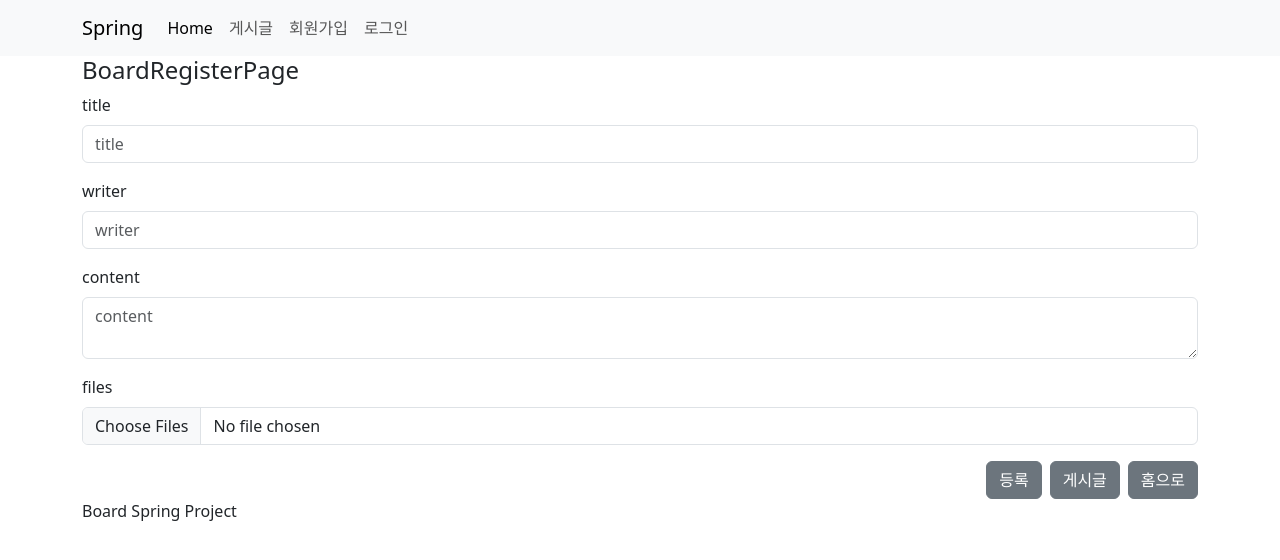
Repository: dasberaht/240430_SPRING_PROJECT
Page: http://localhost/spring_study/WEB-INF/views/board/register.jsp
An editor plug-in stored every save of this project. The page is shown before and after the next save, followed by the edit.
The browser window is 1280 px wide. The pictures show the whole page.
The page is served by Tomcat 9. Nobody is signed in. The template is opened directly, without the code that normally fills it, so the values that code supplies are empty.

Above is the page before, as saved 2024-04-29 01:20:09.

### spring_study/src/main/webapp/WEB-INF/views/board/register.jsp
<%@ page language="java" contentType="text/html; charset=UTF-8"
    pageEncoding="UTF-8"%>
<!DOCTYPE html>
<html>
<head>
<meta charset="UTF-8">
<title>Insert title here</title>
</head>
<body>
<jsp:include page="../layout/header.jsp" />
<div class="container-md">
	<h4>BoardRegisterPage</h4>
	<div>
		<form action="/board/insert" method="post" enctype="multipart/form-data">
			<div class="mb-3">
			  <label for="t" class="form-label">title</label>
			  <input type="text" class="form-control" name="title" id="t" placeholder="title">
			</div>
			<div class="mb-3">
			  <label for="w" class="form-label">writer</label>
			  <input type="text" class="form-control" name="writer" id="w" placeholder="writer" value="${ses.id }" readonly="readonly">
			</div>
			<div class="mb-3">
			  <label for="c" class="form-label">content</label>
			  <textarea class="form-control"  aria-label="With textarea" id="c" name="content" placeholder="content"></textarea>
			</div>

			<!-- file 입력 라인 -->
			<div class="mb-3">
			  <label for="file" class="form-label">files</label>
			  <input type="file" class="form-control" name="files" id="file" multiple="multiple">
			</div>

			<div class="d-grid gap-2 d-md-flex justify-content-md-end">
			<button type="submit" class="btn btn-secondary">등록</button>
			<a href="/board/list"><button type="button" class="btn btn-secondary">게시글</button></a>
			<a href="/"><button type="button" class="btn btn-secondary">홈으로</button></a>
			</div>
		</form>
	</div>
</div>

<jsp:include page="../layout/footer.jsp" />
</body>
</html>

### spring_study/src/main/webapp/WEB-INF/views/layout/header.jsp
<%@ page language="java" contentType="text/html; charset=UTF-8"
    pageEncoding="UTF-8"%>
    <%@ taglib uri="http://java.sun.com/jsp/jstl/core" prefix="c" %>
<!DOCTYPE html>
<html>
<head>
<meta charset="UTF-8">
<title>header.jsp</title>
<link href="https://cdn.jsdelivr.net/npm/bootstrap@5.3.3/dist/css/bootstrap.min.css" rel="stylesheet" integrity="sha384-QWTKZyjpPEjISv5WaRU9OFeRpok6YctnYmDr5pNlyT2bRjXh0JMhjY6hW+ALEwIH" crossorigin="anonymous">
<script src="https://cdn.jsdelivr.net/npm/bootstrap@5.3.3/dist/js/bootstrap.bundle.min.js" integrity="sha384-YvpcrYf0tY3lHB60NNkmXc5s9fDVZLESaAA55NDzOxhy9GkcIdslK1eN7N6jIeHz" crossorigin="anonymous"></script>
</head>
<body>
<!-- 부트스트랩 네비게이션 바 참고 -->
<nav class="navbar navbar-expand-lg bg-body-tertiary">
  <!-- <div class="container-fluid"> -->
  <div class="container-md">
    <a class="navbar-brand" href="/">Spring</a>
    <button class="navbar-toggler" type="button" data-bs-toggle="collapse" data-bs-target="#navbarSupportedContent" aria-controls="navbarSupportedContent" aria-expanded="false" aria-label="Toggle navigation">
      <span class="navbar-toggler-icon"></span>
    </button>
    <div class="collapse navbar-collapse" id="navbarSupportedContent">
      <ul class="navbar-nav me-auto mb-2 mb-lg-0">
        <li class="nav-item">
          <a class="nav-link active" aria-current="page" href="/">Home</a>
        </li>
        <li class="nav-item">
          <a class="nav-link" href="/board/list">게시글</a>
        </li>

        <c:if test="${ses.id == null }">
        <li class="nav-item">
          <a class="nav-link" href="/member/register">회원가입</a>
        </li>
        <li class="nav-item">
          <a class="nav-link" href="/member/login">로그인</a>
        </li>
        </c:if>

        <c:if test="${ses.id != null }">
        <li class="nav-item">
          <a class="nav-link" href="/board/register">글쓰기</a>
        </li>
        <li class="nav-item">
          <a class="nav-link" href="/member/modify">${ses.id}(${ses.email })</a>
        </li>
        <li class="nav-item">
          <a class="nav-link" href="/member/logout">로그아웃</a>
        </li>
        </c:if>

      </ul>
    </div>
  </div>
</nav>

### spring_study/src/main/webapp/WEB-INF/views/layout/footer.jsp
<%@ page language="java" contentType="text/html; charset=UTF-8"
    pageEncoding="UTF-8"%>
<!DOCTYPE html>

<title>footer.jsp</title>
	<div class="container-md">
		Board Spring Project ${serverTime }
	</div>

</body>
</html>

After the next save:
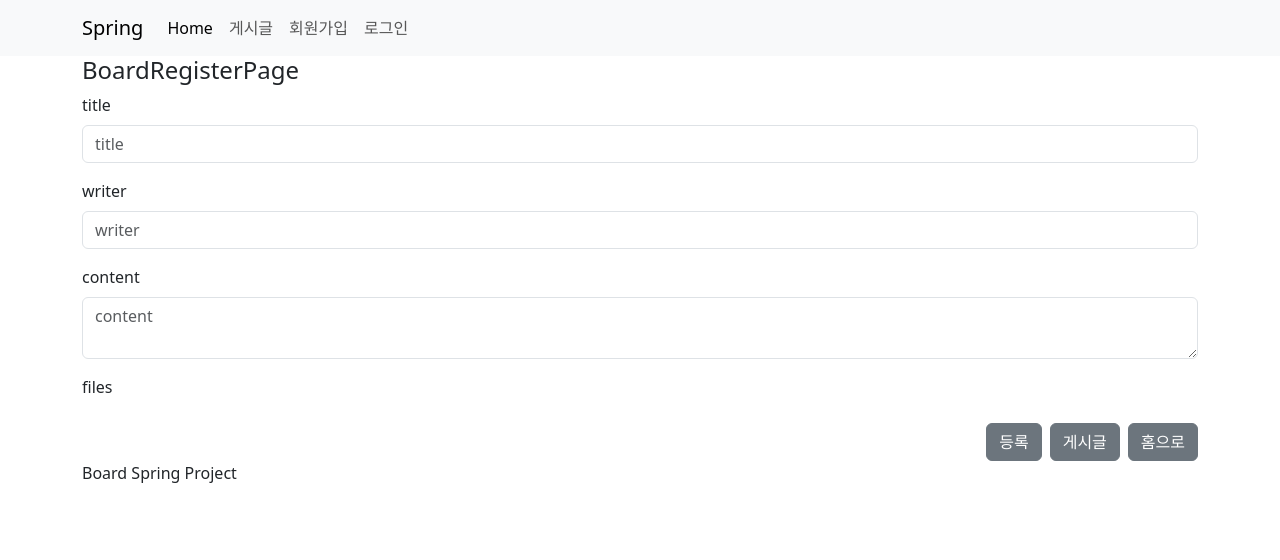
Saved 15 min 4 s later.
--- a/spring_study/src/main/webapp/WEB-INF/views/board/register.jsp
+++ b/spring_study/src/main/webapp/WEB-INF/views/board/register.jsp
@@ -28,7 +28,7 @@
 			<!-- file 입력 라인 -->
 			<div class="mb-3">
 			  <label for="file" class="form-label">files</label>
-			  <input type="file" class="form-control" name="files" id="file" multiple="multiple">
+			  <input type="file" class="form-control" name="files" id="file" multiple="multiple" style="display: none">
 			</div>
 
 			<div class="d-grid gap-2 d-md-flex justify-content-md-end">
